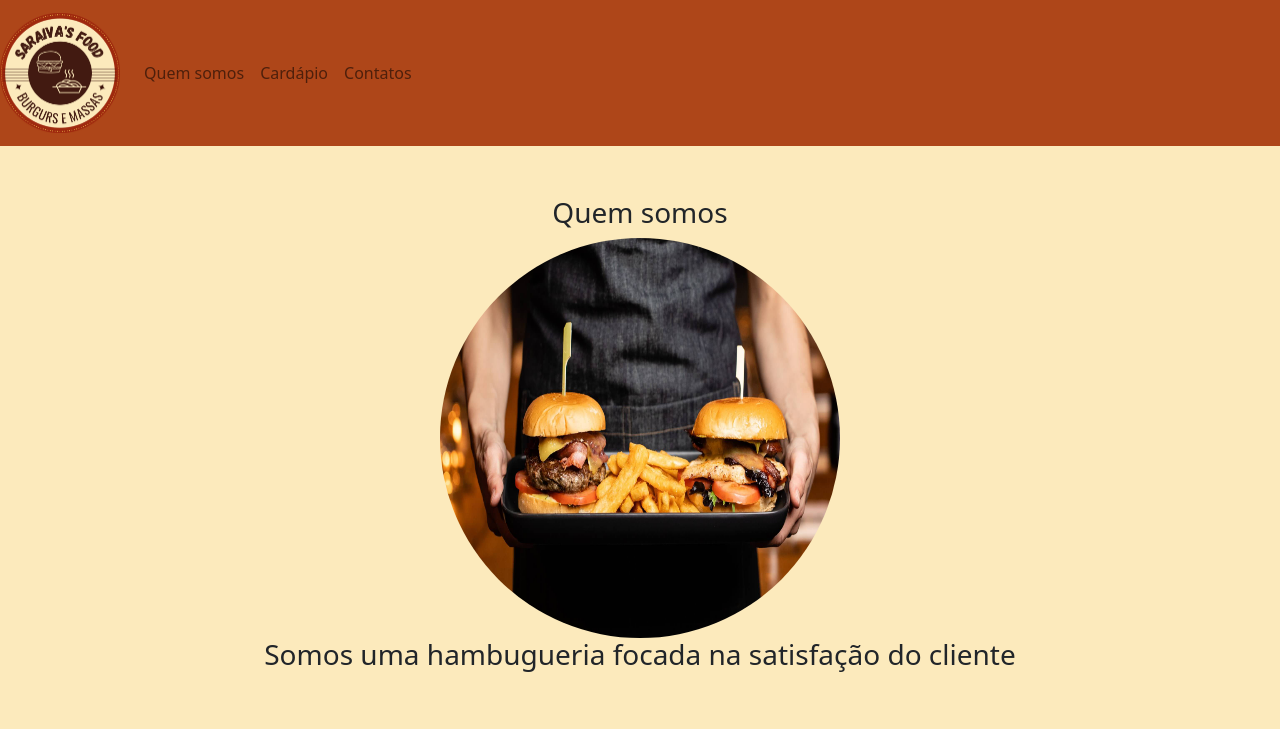
Repository: Tuanemendes/curso_bootstrap
Page: projeto1/index.html
An editor plug-in stored every save of this project. The page is shown before and after the next save, followed by the edit.
The browser window is 1280 px wide. The pictures show the whole page.

Above is the page before, as saved 2022-04-04 16:49:15.

After the next save:
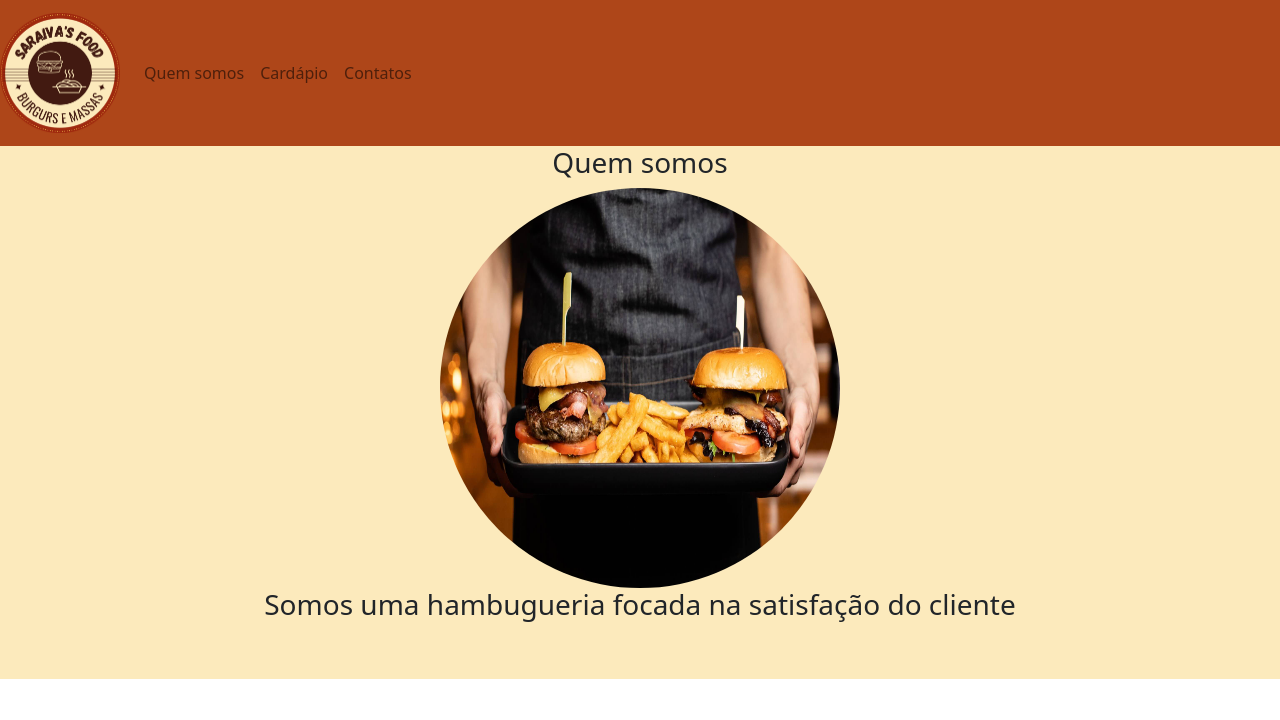
Saved 34 s later.
--- a/css/style.css
+++ b/css/style.css
@@ -7,7 +7,6 @@
 
 }
 .margin{
-    padding-top:50px;
     padding-bottom: 50px;
 
 }
